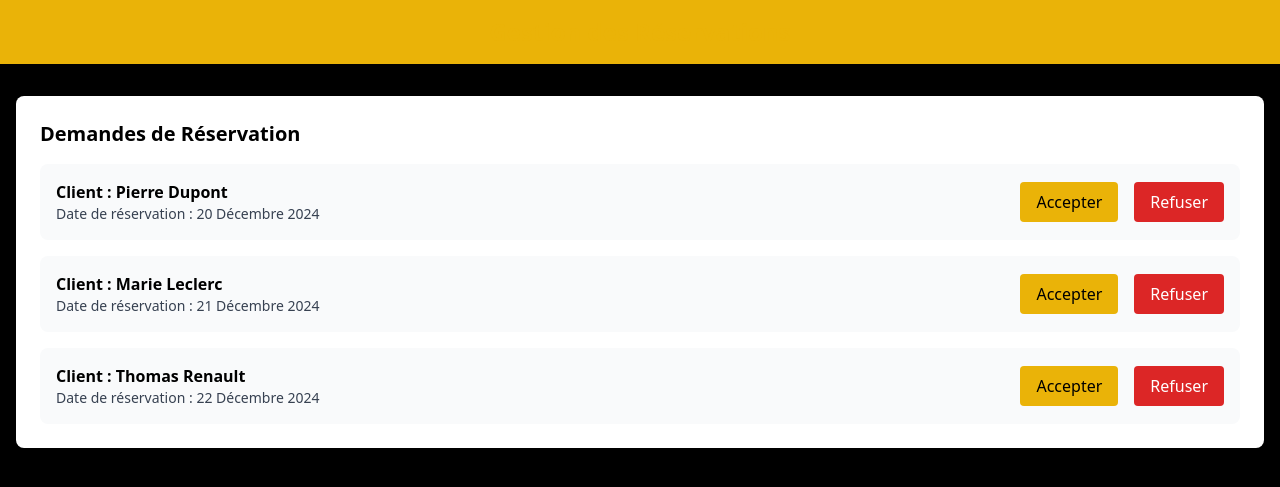
Repository: HamzaChehlaoui/Site-Web-pour-un-Chef-Cuisinier
Page: http://localhost/reservation.php
An editor plug-in stored every save of this project. The page is shown before and after the next save, followed by the edit.
The browser window is 1280 px wide. The pictures show the whole page.
Some web libraries are served in a nearby version. The page is run by PHP 8.4 with error messages shown; the project is at /var/www/html/.

Above is the page before, as saved 2024-12-18 12:28:13.

### reservation.php
<!DOCTYPE html>
<html lang="fr">

<head>
    <meta charset="UTF-8">
    <meta name="viewport" content="width=device-width, initial-scale=1.0">
    <title>Gestion des Réservations</title>
    <!-- Tailwind CSS CDN -->
    <script src="https://cdn.tailwindcss.com"></script>
</head>

<body class="bg-black text-white font-sans">

    <!-- Header -->
    <header class="bg-yellow-500 text-black py-4 text-center">
        <h1 class="text-2xl font-bold text-yellow-500 ">Gestion des Réservations</h1>
    </header>

    <!-- Main Content -->
    <main class="container mx-auto my-8 px-4">
        <div class="bg-white shadow-md rounded-lg p-6">
            <h2 class="text-xl font-semibold text-black mb-4">Demandes de Réservation</h2>

            <!-- Reservation Request List -->
            <div class="space-y-4">
                <!-- Reservation 1 -->
                <div class="flex justify-between items-center bg-gray-50 p-4 rounded-lg">
                    <div>
                        <h3 class="font-semibold text-black">Client : Pierre Dupont</h3>
                        <p class="text-sm text-gray-700">Date de réservation : 20 Décembre 2024</p>
                    </div>
                    <div class="flex space-x-4">
                        <button class="bg-yellow-500 text-black py-2 px-4 rounded hover:bg-yellow-600 focus:outline-none">
                            Accepter
                        </button>
                        <button class="bg-red-600 text-white py-2 px-4 rounded hover:bg-red-700 focus:outline-none">
                            Refuser
                        </button>
                    </div>
                </div>

                <!-- Reservation 2 -->
                <div class="flex justify-between items-center bg-gray-50 p-4 rounded-lg">
                    <div>
                        <h3 class="font-semibold text-black">Client : Marie Leclerc</h3>
                        <p class="text-sm text-gray-700">Date de réservation : 21 Décembre 2024</p>
                    </div>
                    <div class="flex space-x-4">
                        <button class="bg-yellow-500 text-black py-2 px-4 rounded hover:bg-yellow-600 focus:outline-none">
                            Accepter
                        </button>
                        <button class="bg-red-600 text-white py-2 px-4 rounded hover:bg-red-700 focus:outline-none">
                            Refuser
                        </button>
                    </div>
                </div>

                <!-- Reservation 3 -->
                <div class="flex justify-between items-center bg-gray-50 p-4 rounded-lg">
                    <div>
                        <h3 class="font-semibold text-black">Client : Thomas Renault</h3>
                        <p class="text-sm text-gray-700">Date de réservation : 22 Décembre 2024</p>
                    </div>
                    <div class="flex space-x-4">
                        <button class="bg-yellow-500 text-black py-2 px-4 rounded hover:bg-yellow-600 focus:outline-none">
                            Accepter
                        </button>
                        <button class="bg-red-600 text-white py-2 px-4 rounded hover:bg-red-700 focus:outline-none">
                            Refuser
                        </button>
                    </div>
                </div>
            </div>
        </div>
    </main>

</body>

</html>

After the next save:
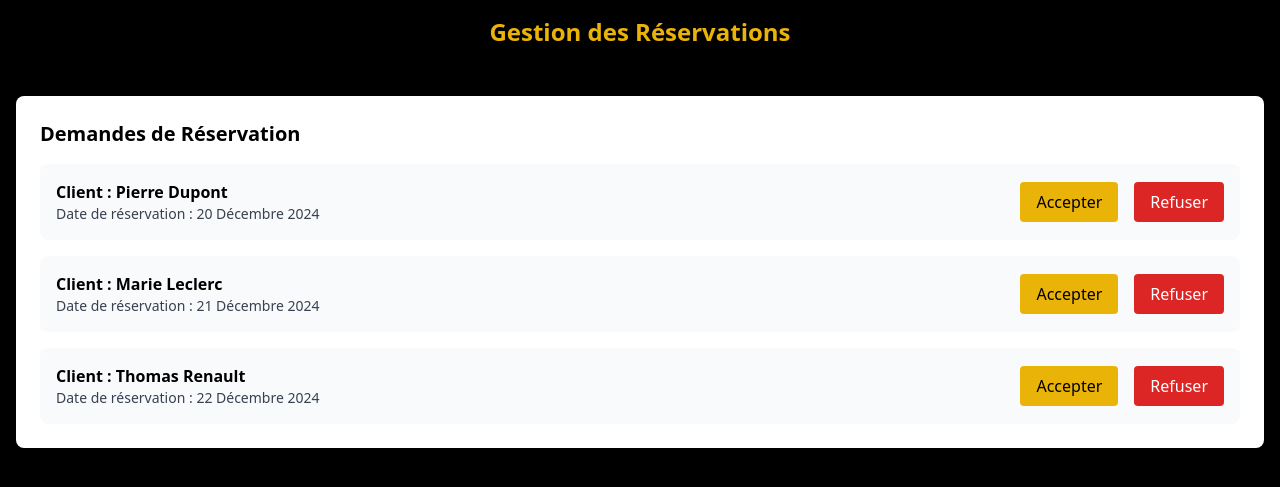
Saved 7 s later.
--- a/reservation.php
+++ b/reservation.php
@@ -12,7 +12,7 @@
 <body class="bg-black text-white font-sans">
 
     <!-- Header -->
-    <header class="bg-yellow-500 text-black py-4 text-center">
+    <header class="text-black py-4 text-center">
         <h1 class="text-2xl font-bold text-yellow-500 ">Gestion des Réservations</h1>
     </header>
 
